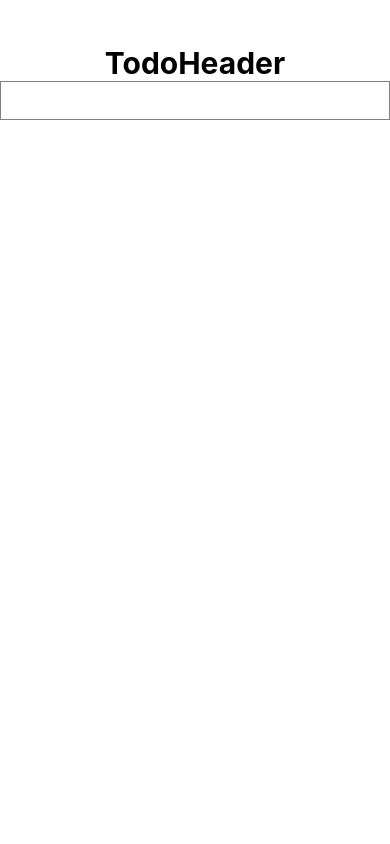
Repository: itadori17/Redux-Todo
Screen: /
An editor plug-in stored every save of this project. The screen is shown before and after a run of saves, followed by the edit.
The app was drawn by React Native's web renderer in a window 390 px wide. The project was rebuilt for these pictures with package versions that can differ from the ones it lists, and the page was loaded fresh each time.

Above is the screen before, as saved 2022-08-16 15:52:23.

### App.js
import { StatusBar } from 'expo-status-bar';
import { StyleSheet, Text, View, SafeAreaView } from 'react-native';

//importing Todo
import TodoHeader from './src/components/TodoHeader';

export default function App() {

  const RootApp = () => {
    return (
      <SafeAreaView>
        <TodoHeader/>
      </SafeAreaView>
    );
  };

  return (
    <View>
      <RootApp/>
    </View>
  );
}

### src/components/TodoHeader.js
import { StyleSheet, Text, TextInput, View } from 'react-native';
import React from 'react';

const TodoHeader = () => {
    return (
        <View>
            <Text style={{
                fontSize: 30,
                fontWeight: 'bold',
                textAlign: 'center',
                marginTop: 45,
            }}
            >
             TodoHeader
                </Text>
                <TextInput
                    style={{
                        borderColor: 'grey',
                        borderWidth: 1,
                        padding: 10,

                    }}
                />
        </View>
    )
}

export default TodoHeader;

const styles = StyleSheet.create({});

After the next 11 saves:
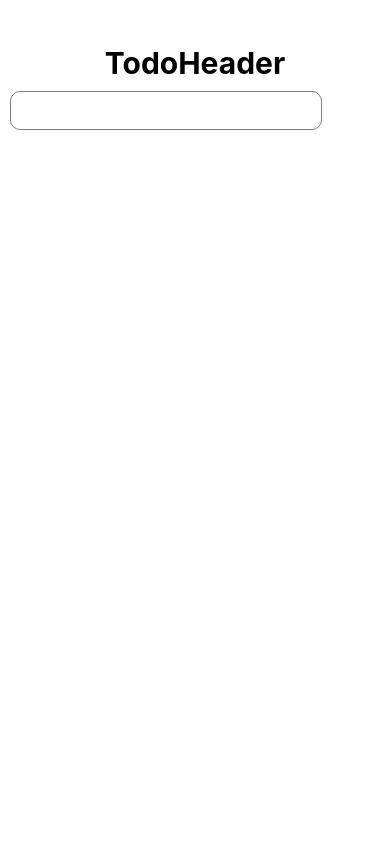
The 11 saves are shown as one change because 3 did not build or start and some came seconds apart.
The last was saved 35 s later.
--- a/src/components/TodoHeader.js
+++ b/src/components/TodoHeader.js
@@ -18,7 +18,9 @@ const TodoHeader = () => {
                         borderColor: 'grey',
                         borderWidth: 1,
                         padding: 10,
-
+                        margin: 10,
+                        width: '80%',
+                        borderRadius: 10,
                     }}
                 />
         </View>
